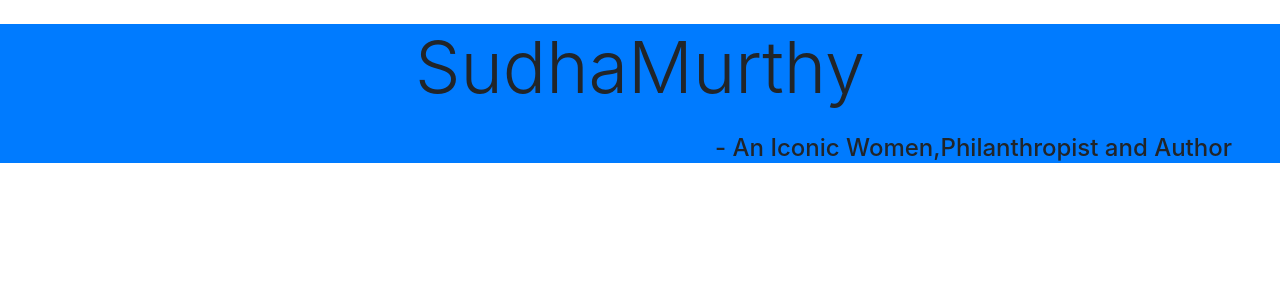
Repository: sumanthr18/RoleModel
Page: index.html
An editor plug-in stored every save of this project. The page is shown before and after a run of saves, followed by the edit.
The browser window is 1280 px wide. The pictures show the whole page.

Above is the page before, as saved 2020-03-14 14:20:52.

### index.html
<!DOCTYPE html>
<html lang="en">
<head>
    <meta charset="UTF-8">
    <meta name="viewport" content="width=device-width, initial-scale=1.0">
    <title>SudhaMurthy</title>
    <link rel="stylesheet" href="https://stackpath.bootstrapcdn.com/bootstrap/4.4.1/css/bootstrap.min.css" integrity="sha384-Vkoo8x4CGsO3+Hhxv8T/Q5PaXtkKtu6ug5TOeNV6gBiFeWPGFN9MuhOf23Q9Ifjh" crossorigin="anonymous">
</head>
<body>
    <header class="bg-primary">
        <h1 class="display-3 text-center my-4 ">SudhaMurthy</h1>
        <h4 class="text-right mr-5">- An Iconic Women,Philanthropist and Author</h4>
    </header>
</body>
</html>

After the next 2 saves:
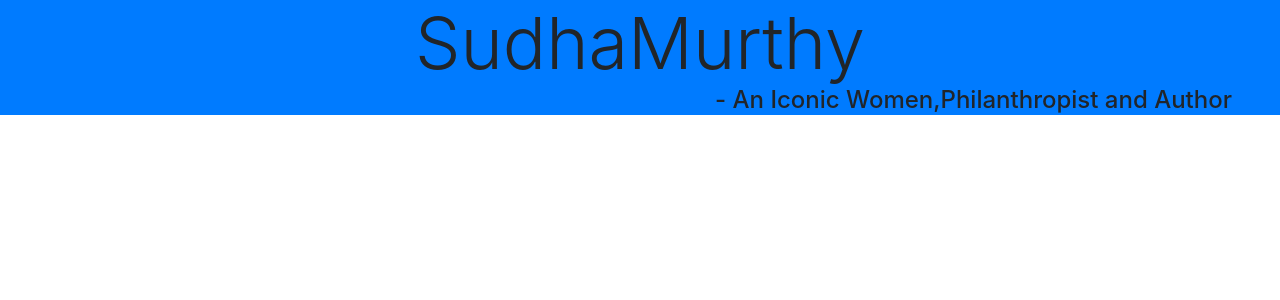
The 2 saves are shown as one change because they came seconds apart.
The last was saved 20 s later.
--- a/index.html
+++ b/index.html
@@ -8,7 +8,7 @@
 </head>
 <body>
     <header class="bg-primary">
-        <h1 class="display-3 text-center my-4 ">SudhaMurthy</h1>
+        <h1 class="display-3 text-center my-0 ">SudhaMurthy</h1>
         <h4 class="text-right mr-5">- An Iconic Women,Philanthropist and Author</h4>
     </header>
 </body>
